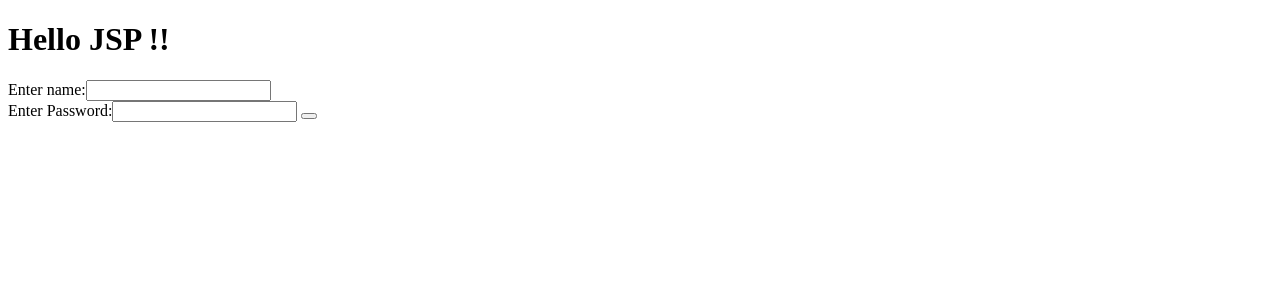
Repository: chandu3015/springBasicWorkSpace
Page: http://localhost/first-web-app/
An editor plug-in stored every save of this project. The page is shown before and after the next save, followed by the edit.
The browser window is 1280 px wide. The pictures show the whole page.
The page is served by Tomcat 9.

Above is the page before, as saved 2019-01-22 01:10:59.

After the next save:
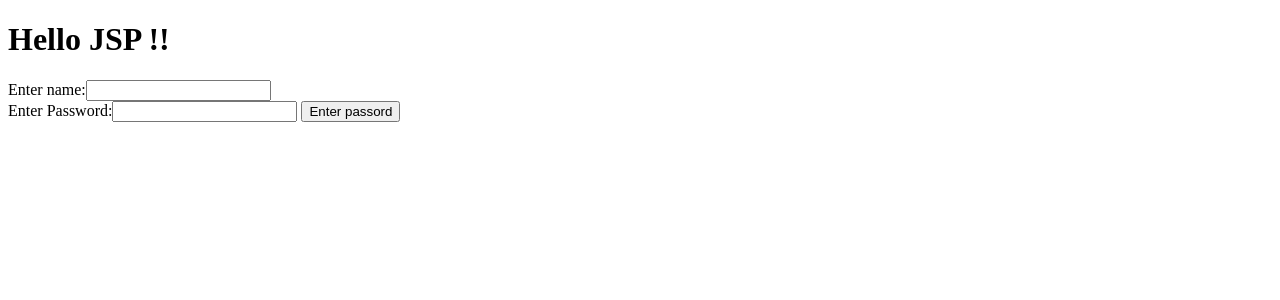
Saved 39 s later.
--- a/first-web-app/src/main/webapp/WEB-INF/views/login.jsp
+++ b/first-web-app/src/main/webapp/WEB-INF/views/login.jsp
@@ -12,7 +12,7 @@
 <form name ="loginForm" action="/login.do" method="post">
 Enter name:<input type="text" name="name" /> <br/>
 Enter Password:<input type="password" name="password" />
-<button type="submit" value="submit"></button>
+<button type="submit" value="submit">Enter passord</button>
 </form>
 </body>
 </html>
